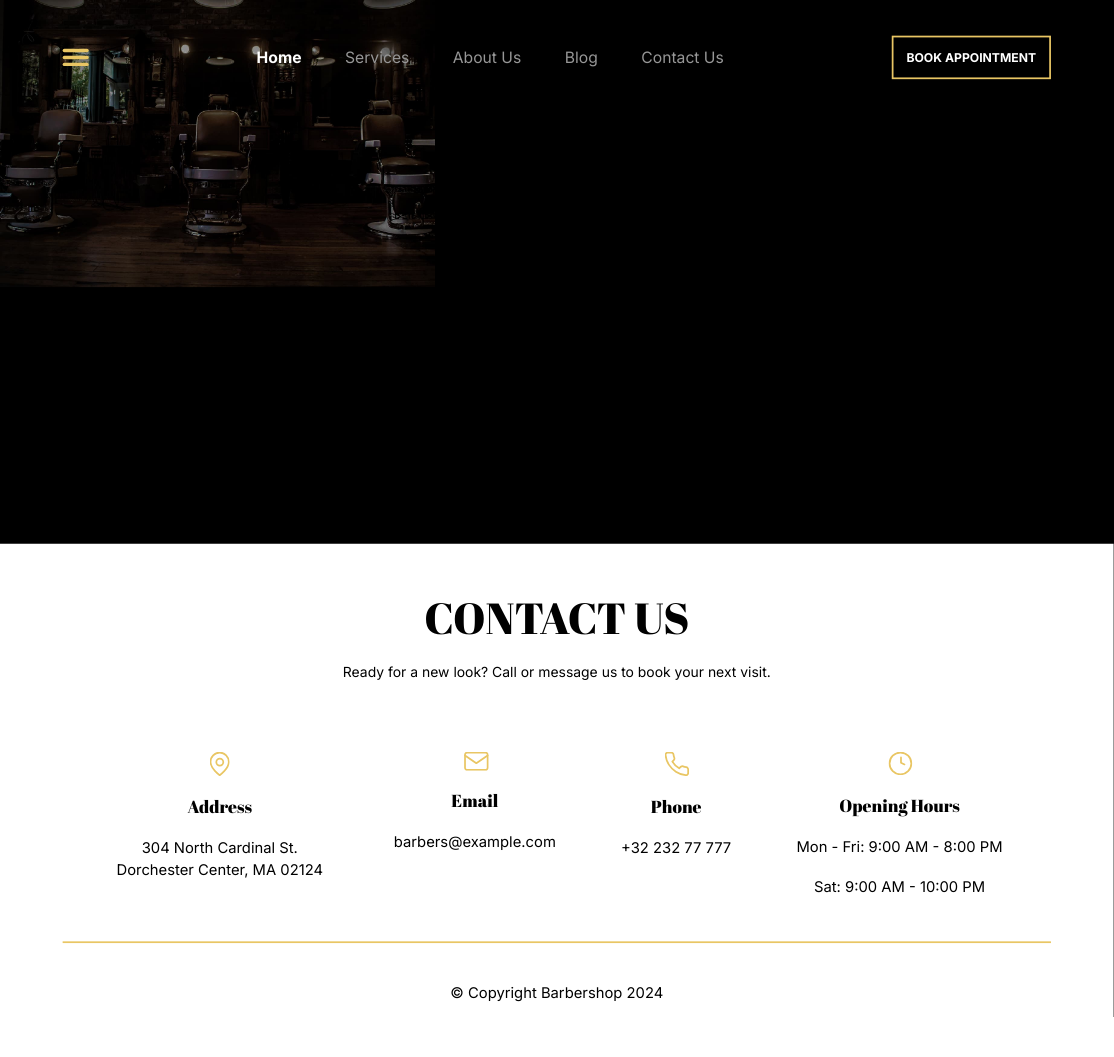
Repository: BogdanLazebnika/barbershop
Page: http://localhost/
The author's editor kept a copy of each file at every save. The page is drawn from the files as they stood at one save, then again after the next save.
The browser window is 1280 px wide. The pictures show the whole page, at 87% of full size.
The page is run by PHP 8.4 with error messages shown; the project is at /var/www/html/.

Above is the page before, as saved 2025-07-16 18:36:22.

After the next save:
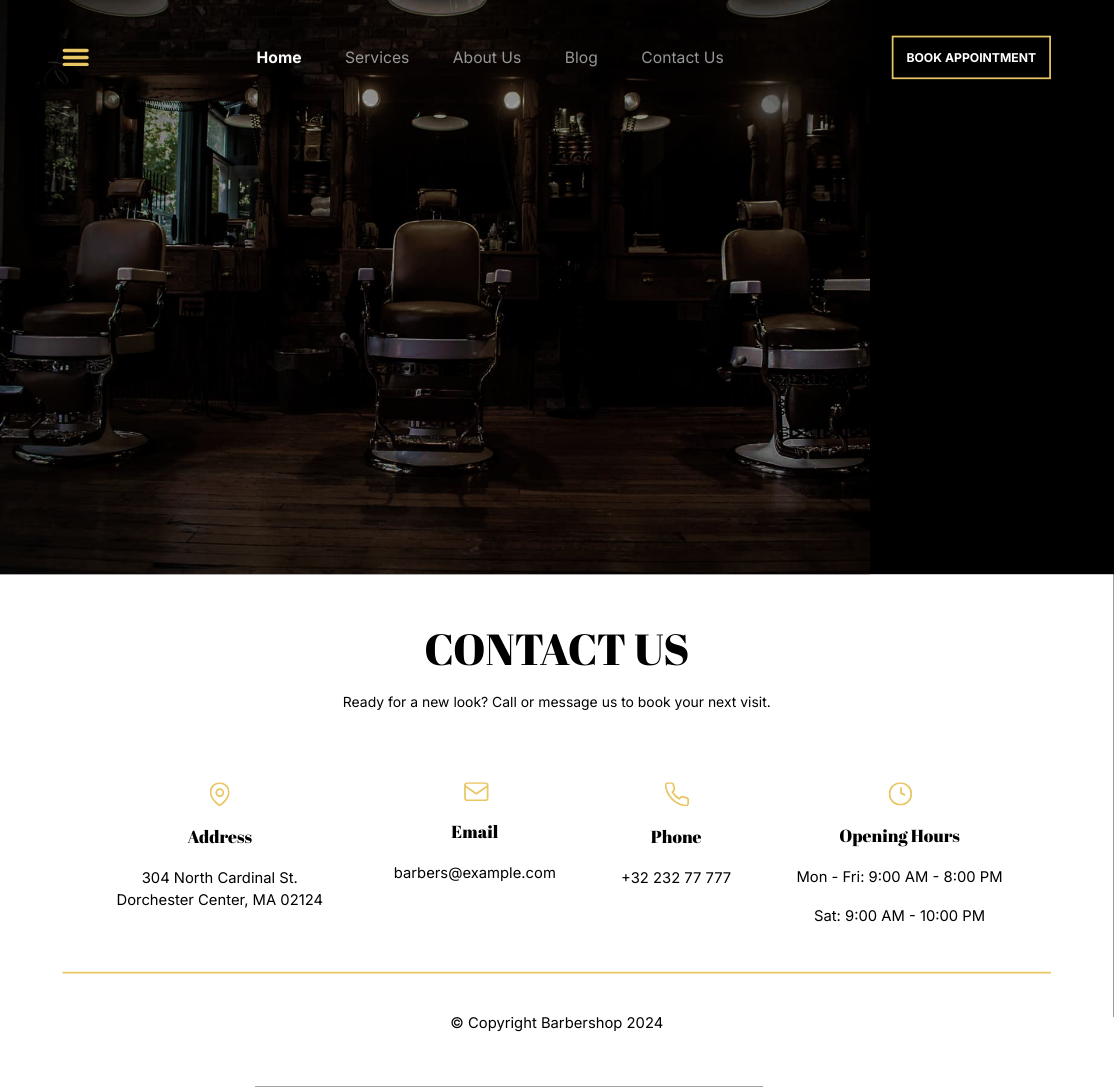
Saved 17 s later.
--- a/assets/css/index.css
+++ b/assets/css/index.css
@@ -1,5 +1,5 @@
 .background-image-homepage{
-max-width: 500px;
+max-width: 1000px;
 
 }
 
